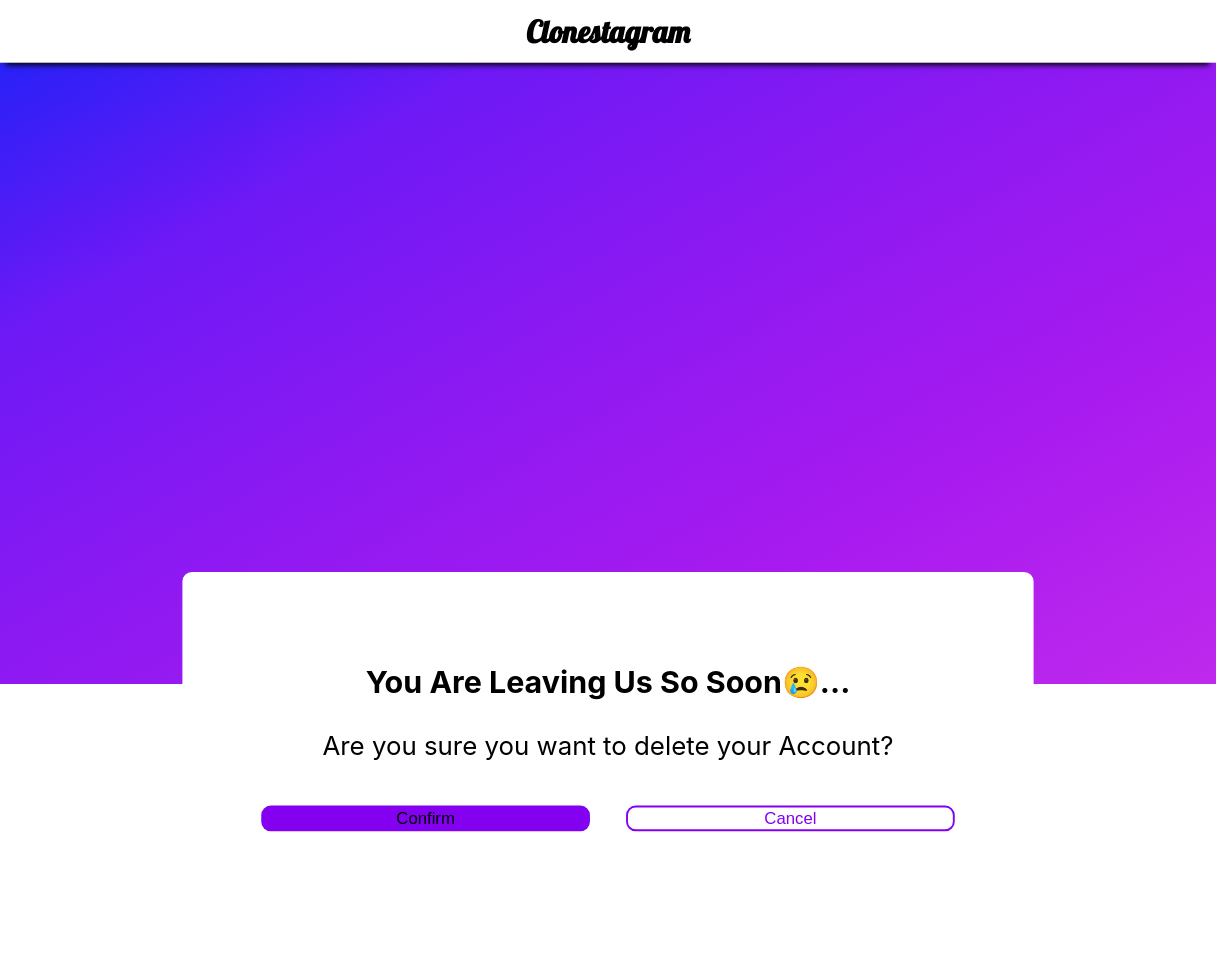
Repository: MikeMoore55/clonestagram
Page: /delaccount
These files come from the project's save history. The page is drawn as it stood at one moment and after the next save; the edit follows.
The browser window is 1280 px wide. The pictures show the whole page, at 95% of full size.
The page's requests for data from a server got no answer. The project was rebuilt for these pictures with package versions that can differ from the ones it lists, and the page was loaded fresh each time. The framework's server and built-in components were replaced by stand-ins that run in the browser. No one was signed in, and anything a server would have sent is missing. Also part of the build but not shown: next.config.js.

Above is the page before, as saved 2022-11-24 09:15:48.

After the next save:
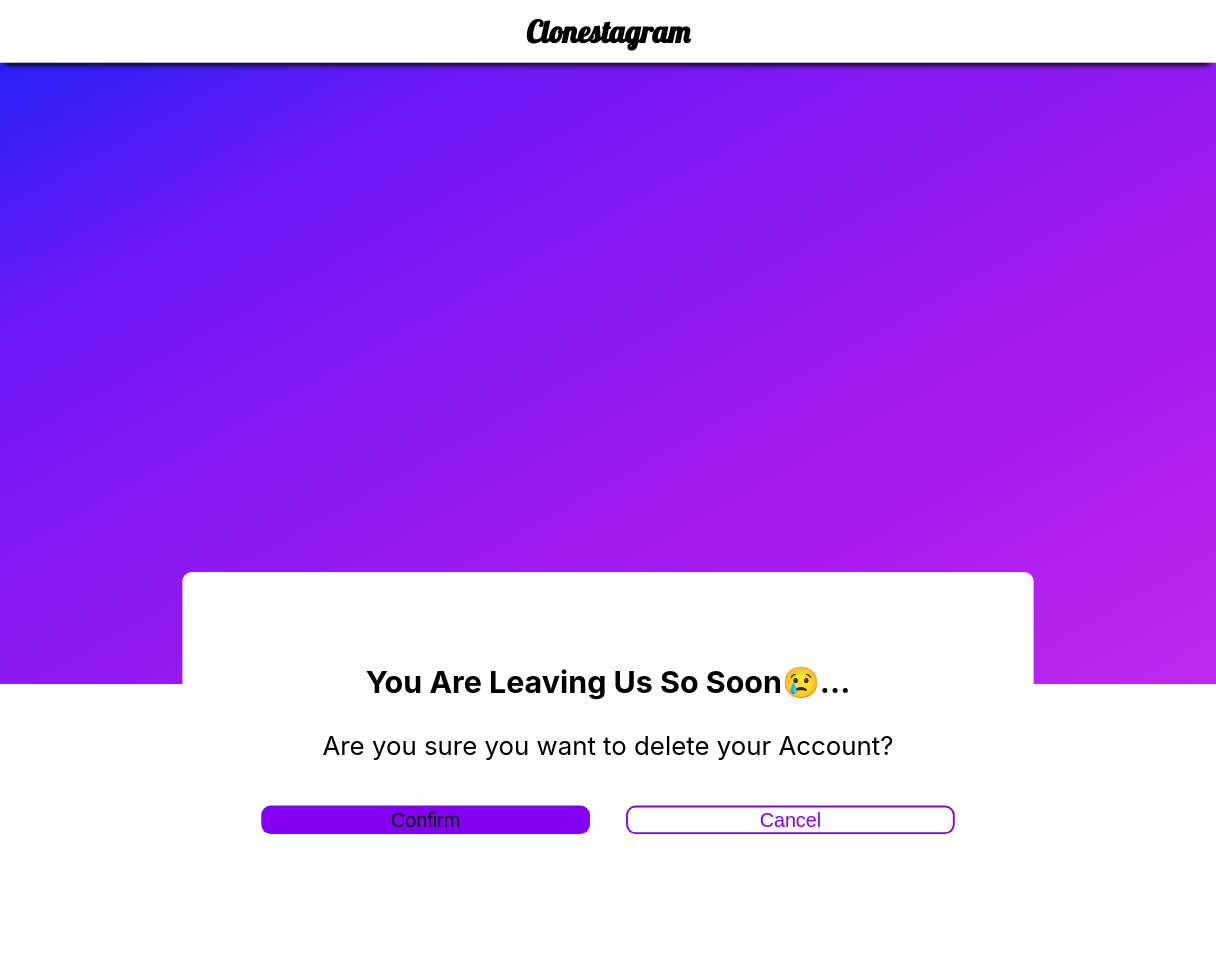
Saved 37 s later.
--- a/styles/DelAccount.module.css
+++ b/styles/DelAccount.module.css
@@ -73,27 +73,20 @@
     }
 
     .block {
-        position: relative;
         width: 70%;
         margin: 20% 15% 5% 15%;
-        text-align: center;
-        background-color: white;
-        border-radius: 10px;
         padding: 5% 5% 5% 5%;
     }
 
     .heading1 {
-        position: relative;
         font-size: 2em;
     }
 
     .text {
-        position: relative;
         font-size: 1.7em;
     }
 
     .btnContainer {
-        position: relative;
         display: grid;
         grid-template-columns: 50% 50%;
     }
@@ -104,7 +97,7 @@
         margin: 5%;
         border: #8300f1 solid 2px;
         color: #8300f1;
-        font-size: 1.1em;
+        font-size: 1.3em;
         font-weight: 400;
         border-radius: 10px;
         background-color: white;
@@ -117,7 +110,7 @@
         background-color: #8300f1;
         border: none;
         border-radius: 10px;
-        font-size: 1.1em;
+        font-size: 1.3em;
         font-weight: 400;
     }
 
